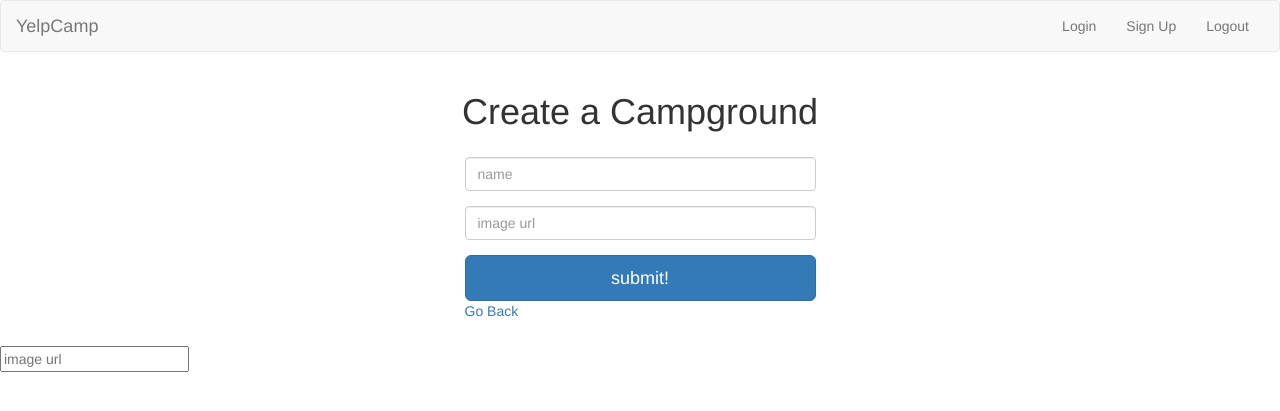
Repository: AlphaZach/yelpcamp
Page: http://localhost/campgrounds/new
The author's editor kept a record of every edit. The page is drawn from the files as they stood at one moment, then again after the next edit.
The browser window is 1280 px wide. The pictures show the whole page.
The page is served by the project's Node server (v1/app.js).

Above is the page before.

After the next edit:
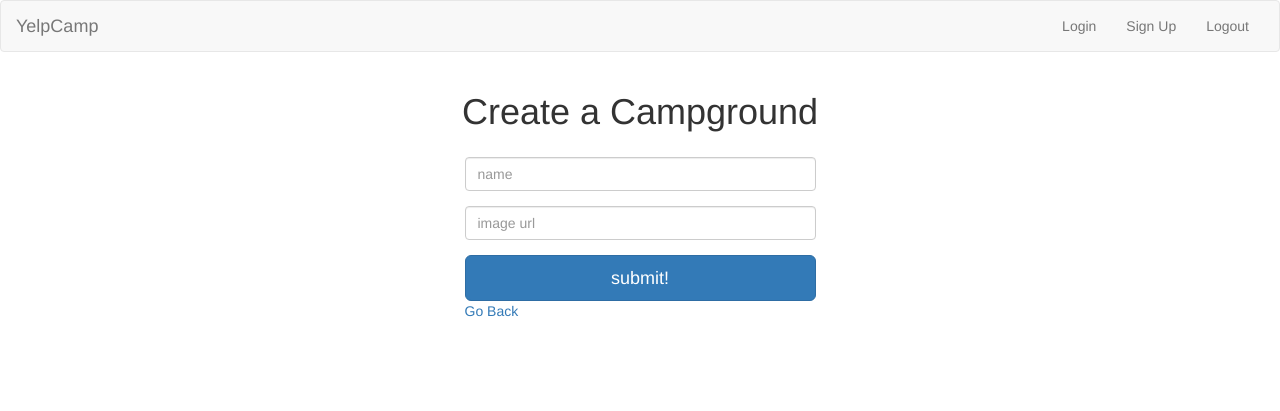
The edit:
--- a/v1/views/new.ejs
+++ b/v1/views/new.ejs
@@ -19,12 +19,3 @@
     </div>
 </div>
 <% include partials/footer %>
-
-
-
-
-<% include partials/footer %>
-<form action="/campgrounds" method="POST">
-
-    <input type="text" name="image" placeholder="image url">
-</form>
